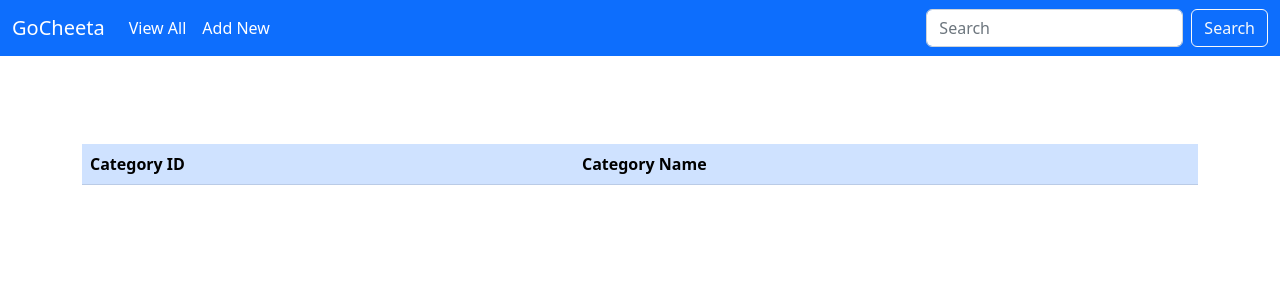
Repository: laksara20/gocheeta
Page: http://localhost/gocheeta-online/VehicleCategory?type=add
The author's editor kept a copy of each file at every save. The page is drawn from the files as they stood at one save, then again after the next save.
The browser window is 1280 px wide. The pictures show the whole page.
The page is served by Tomcat 9. Queries for data that is not in the repository find no rows.

Above is the page before, as saved 2022-09-16 14:10:05.

After the next save:
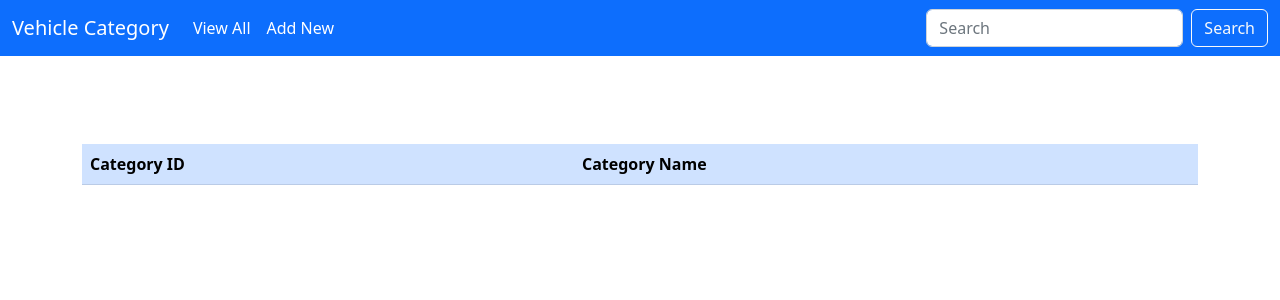
Saved 81 s later.
--- a/gocheeta-online/src/main/webapp/gocheeta-vehiclecategories.jsp
+++ b/gocheeta-online/src/main/webapp/gocheeta-vehiclecategories.jsp
@@ -21,7 +21,7 @@
 <body>
 	<nav class="navbar navbar-expand-lg navbar-dark bg-primary">
 		<div class="container-fluid">
-			<a class="navbar-brand" href="#">GoCheeta</a>
+			<a class="navbar-brand" href="#">Vehicle Category</a>
 			<button class="navbar-toggler" type="button"
 				data-bs-toggle="collapse" data-bs-target="#navbarSupportedContent"
 				aria-controls="navbarSupportedContent" aria-expanded="false"
